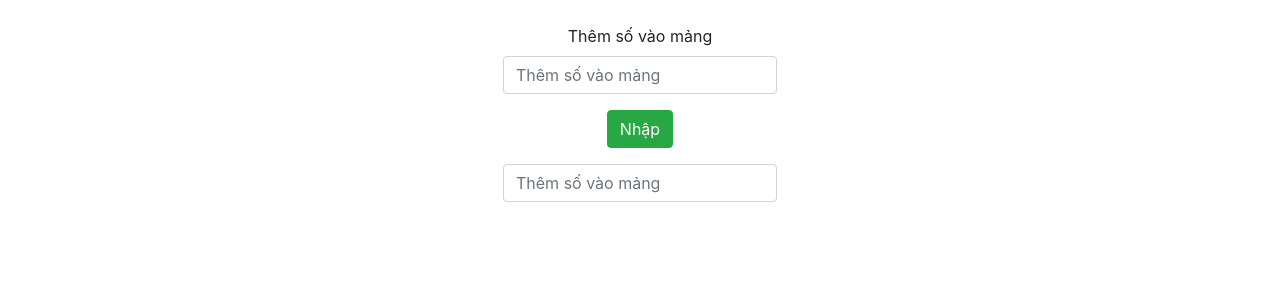
Repository: baobaodeveloper/bootcamp21__array__HuynhAnhBao
Page: index.html
These files come from the project's save history. The page is drawn as it stood at one moment and after the next save; the edit follows.
The browser window is 1280 px wide. The pictures show the whole page.

Above is the page before, as saved 2022-03-20 16:29:52.

### index.html
<!DOCTYPE html>
<html lang="en">
  <head>
    <title>JavaScript Array</title>
    <!-- Required meta tags -->
    <meta charset="utf-8" />
    <meta
      name="viewport"
      content="width=device-width, initial-scale=1, shrink-to-fit=no"
    />

    <!-- Bootstrap CSS -->
    <link
      rel="stylesheet"
      href="https://stackpath.bootstrapcdn.com/bootstrap/4.3.1/css/bootstrap.min.css"
      integrity="sha384-ggOyR0iXCbMQv3Xipma34MD+dH/1fQ784/j6cY/iJTQUOhcWr7x9JvoRxT2MZw1T"
      crossorigin="anonymous"
    />
  </head>
  <body>
    <div class="container d-flex justify-content-center align-items-center p-4">
      <div class="mb-3 text-center">
        <label for="formGroupExampleInput" class="form-label"
          >Thêm số vào mảng</label
        >
        <input
          type="number"
          class="form-control"
          id="number"
          placeholder="Thêm số vào mảng"
        />
        <button type="button" class="btn btn-success m-3" id="input">
          Nhập
        </button>
        <input
          type="number"
          class="form-control"
          id="number"
          placeholder="Thêm số vào mảng"
        />
      </div>
    </div>
    <!-- Optional JavaScript -->
    <!-- jQuery first, then Popper.js, then Bootstrap JS -->
    <script
      src="https://code.jquery.com/jquery-3.3.1.slim.min.js"
      integrity="sha384-q8i/X+965DzO0rT7abK41JStQIAqVgRVzpbzo5smXKp4YfRvH+8abtTE1Pi6jizo"
      crossorigin="anonymous"
    ></script>
    <script
      src="https://cdnjs.cloudflare.com/ajax/libs/popper.js/1.14.7/umd/popper.min.js"
      integrity="sha384-UO2eT0CpHqdSJQ6hJty5KVphtPhzWj9WO1clHTMGa3JDZwrnQq4sF86dIHNDz0W1"
      crossorigin="anonymous"
    ></script>
    <script
      src="https://stackpath.bootstrapcdn.com/bootstrap/4.3.1/js/bootstrap.min.js"
      integrity="sha384-JjSmVgyd0p3pXB1rRibZUAYoIIy6OrQ6VrjIEaFf/nJGzIxFDsf4x0xIM+B07jRM"
      crossorigin="anonymous"
    ></script>
    <script src="app.js"></script>
  </body>
</html>

Loaded but not shown: app.js (no copy from this time; the picture is the same without it)

After the next save:
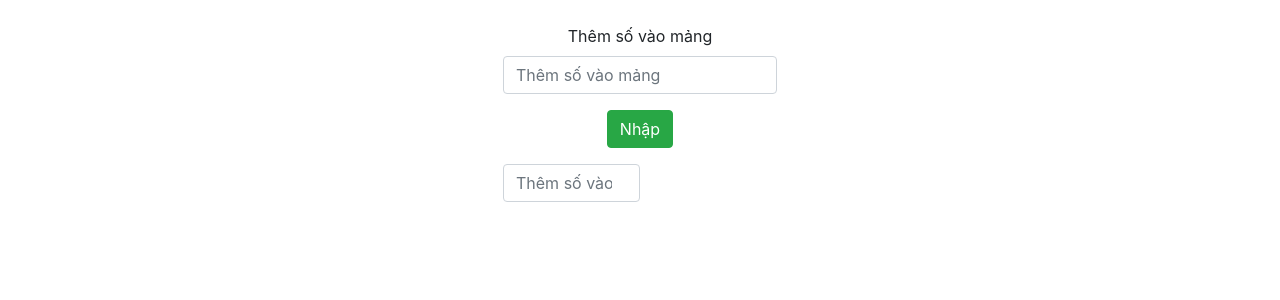
Saved 15 s later.
--- a/index.html
+++ b/index.html
@@ -34,7 +34,7 @@
         </button>
         <input
           type="number"
-          class="form-control"
+          class="form-control w-50"
           id="number"
           placeholder="Thêm số vào mảng"
         />

After the 2 saves that followed:
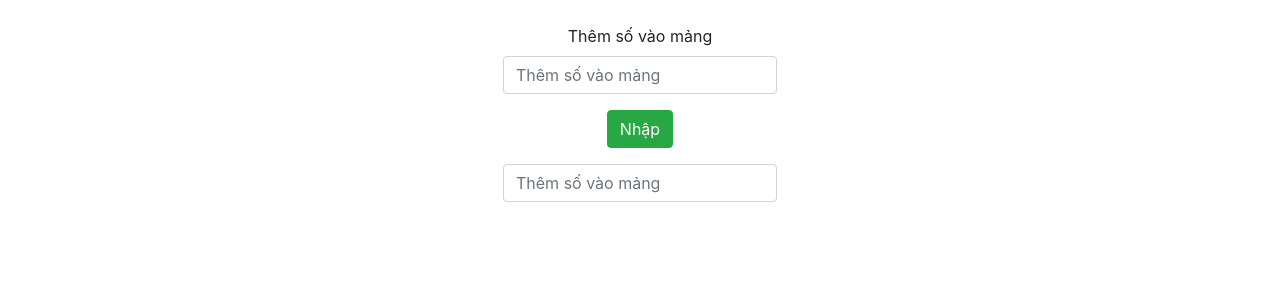
The 2 saves are shown as one change because 1 left the picture as it was.
The last was saved 58 s later.
--- a/index.html
+++ b/index.html
@@ -34,7 +34,7 @@
         </button>
         <input
           type="number"
-          class="form-control w-50"
+          class="form-control w-100 d-block"
           id="number"
           placeholder="Thêm số vào mảng"
         />
